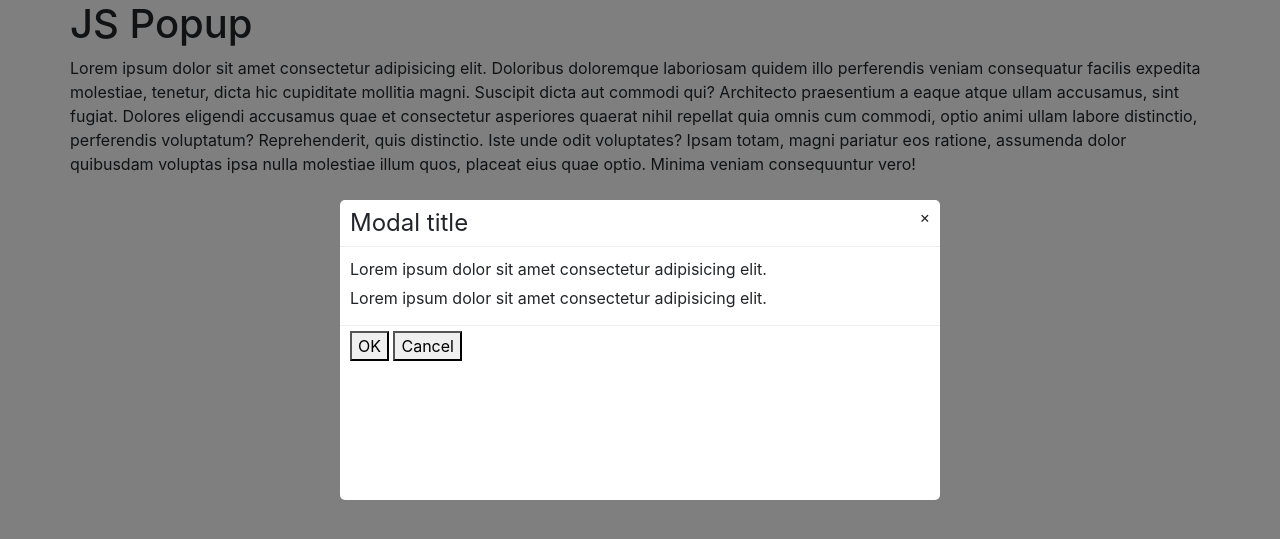
Repository: frostnn/popup-js
Page: index.html
The author's editor kept a copy of each file at every save. The page is drawn from the files as they stood at one save, then again after the next save.
The browser window is 1280 px wide. The pictures show the whole page.

Above is the page before, as saved 2021-01-17 22:56:13.

After the next save:
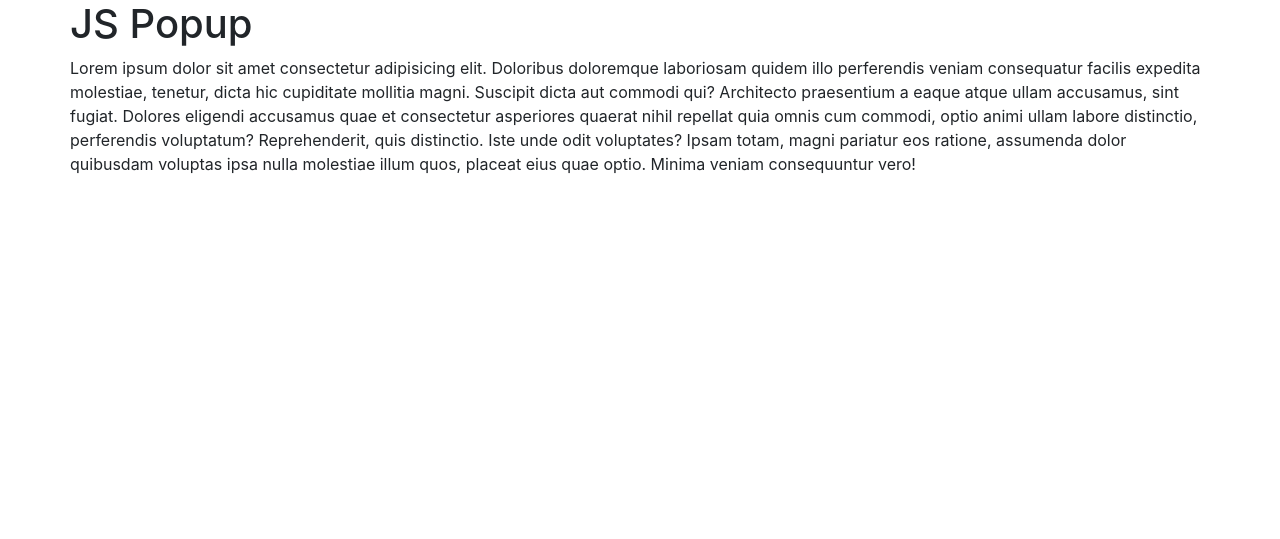
Saved 20 h 38 min later.
--- a/index.html
+++ b/index.html
@@ -24,24 +24,7 @@
     </div>
   </section>
 
-  <div class="modale">
-    <div class="modale-overlay">
-      <div class="modale-window">
-        <div class="modale-window_header">
-          <span class="modale-window_header-title">Modal title</span>
-          <span class="modale-close">&times;</span>
-        </div>
-        <div class="modale-window_body">
-          <p> Lorem ipsum dolor sit amet consectetur adipisicing elit.</p>
-          <p> Lorem ipsum dolor sit amet consectetur adipisicing elit.</p>
-        </div>
-        <div class="modale-window_footer">
-          <button>OK</button>
-          <button>Cancel</button>
-        </div>
-      </div>
-    </div>
-  </div>
+
 
   <script src='base.js'></script>
   <script src='index.js'></script>
